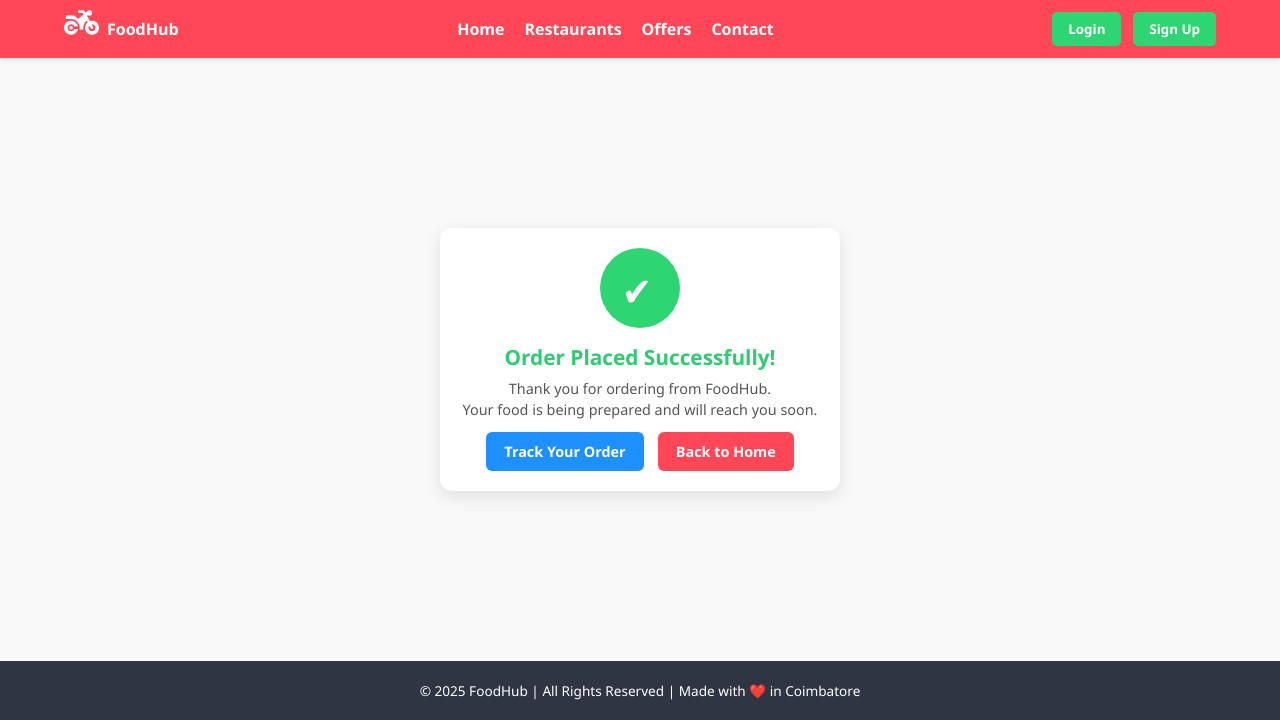
Repository: srinithiashoka/FoodDeliveryApp
Page: http://localhost/FoodDeliveryApp/success.jsp
An editor plug-in stored every save of this project. The page is shown before and after the next save, followed by the edit.
The browser window is 1280 px wide. The pictures show the whole page.
The page is served by Tomcat 10. Other server files are loaded and not shown.

Above is the page before, as saved 2025-12-03 14:28:26.

### FoodDeliveryApp/src/main/webapp/success.jsp
<%@ page language="java" contentType="text/html; charset=UTF-8" pageEncoding="UTF-8"%>
<%@ page import="com.foodapp.model.User" %>
<%
    User user = (User) session.getAttribute("user");
%>
<!DOCTYPE html>
<html lang="en">
<head>
<meta charset="UTF-8">
<meta name="viewport" content="width=device-width, initial-scale=1.0">
<title>Order Success - FoodHub</title>
<link rel="stylesheet" href="https://cdnjs.cloudflare.com/ajax/libs/font-awesome/6.5.0/css/all.min.css">
<link rel="stylesheet" href="css/home.css">
<style>
/* GENERAL PAGE */
body {
    display: flex;
    flex-direction: column;
    min-height: 100vh;
    background: #f9f9f9;
    color: #333;
}

/* SUCCESS CARD */
.success-section {
    flex: 1;
    display: flex;
    justify-content: center;
    align-items: center;
    padding: 50px 20px;
}
.success-box {
    text-align: center;
    background: #fff;
    padding: 20px 15px;
    border-radius: 12px;
    box-shadow: 0 6px 18px rgba(0,0,0,0.1);
    max-width: 400px;
    width: 100%;
}
.success-animation {
    width: 80px;
    height: 80px;
    margin: 0 auto 15px;
    position: relative;
}
.circle {
    width: 80px;
    height: 80px;
    background: #2ed573;
    border-radius: 50%;
    animation: pop 0.5s ease-out;
}
.checkmark {
    position: absolute;
    top: 15px;
    left: 22px;
    font-size: 40px;
    color: white;
    opacity: 0;
    animation: check 0.6s ease-out 0.2s forwards;
}
@keyframes pop {0%{transform:scale(0.2);opacity:0;}100%{transform:scale(1);opacity:1;}}
@keyframes check {0%{transform:scale(0.2);opacity:0;}100%{transform:scale(1);opacity:1;}}
.success-box h1 {margin-top: 12px; color:#2ecc71; font-size:1.3rem;}
.success-text {margin-top: 8px; color:#555; font-size:0.9rem; line-height:1.4;}
.track-btn, .home-btn {
    display: inline-block;
    margin-top: 12px;
    padding: 10px 18px;
    color: white;
    font-weight: bold;
    border-radius: 6px;
    text-decoration: none;
    font-size: 0.9rem;
    transition: 0.3s;
}
.track-btn {background: #1e90ff;} /* Blue for track */
.track-btn:hover {background:#187bcd; transform: scale(1.05);}
.home-btn {background: #ff4757; margin-left: 10px;} /* Red for home */
.home-btn:hover {background:#e03c4c; transform: scale(1.05);}

/* FOOTER */
footer {
    background:#2f3542;
    color:white;
    text-align:center;
    padding:20px 0;
    font-size:0.85rem;
    margin-top:auto;
}
</style>
</head>
<body>

<!-- HEADER -->
<header>
    <div class="container">
        <div class="navbar">
            <div class="logo">
                <i class="fa-solid fa-motorcycle scooter-icon"></i>
                <span>FoodHub</span>
            </div>
            <ul class="nav-menu">
                <li><a href="home.jsp">Home</a></li>
                <li><a href="#">Restaurants</a></li>
                <li><a href="#">Offers</a></li>
                <li><a href="#">Contact</a></li>
            </ul>
            <div class="nav-actions">
                <% if (user == null) { %>
                    <button class="btn btn-login" onclick="location.href='login.jsp'">Login</button>
                    <button class="btn btn-signup" onclick="location.href='signup.jsp'">Sign Up</button>
                <% } else { %>
                    <span>Welcome, <%= user.getUsername() %></span>
                <% } %>
            </div>
        </div>
    </div>
</header>

<!-- SUCCESS CONTENT -->
<section class="success-section">
    <div class="success-box">
        <div class="success-animation">
            <div class="circle"></div>
            <div class="checkmark">&#10004;</div>
        </div>
        <h1>Order Placed Successfully!</h1>
        <p class="success-text">
            Thank you for ordering from FoodHub.<br>
            Your food is being prepared and will reach you soon.
        </p>
        <a href="trackorder.jsp" class="track-btn">Track Your Order</a>
        <a href="home.jsp" class="home-btn">Back to Home</a>
    </div>
</section>

<!-- FOOTER -->
<footer>
    <div class="container">
        <p>© 2025 FoodHub | All Rights Reserved | Made with ❤️ in Coimbatore</p>
    </div>
</footer>

</body>
</html>

### FoodDeliveryApp/src/main/webapp/css/home.css
/* RESET & GENERAL */
* {margin:0;padding:0;box-sizing:border-box;font-family:"Segoe UI",Tahoma,Geneva,Verdana,sans-serif;}
a {text-decoration:none;color:inherit;}
body {background:#f9f9f9;color:#333;}
.container {width:90%;max-width:1200px;margin:auto;}

/* HEADER */
header {background:#ff4757;padding:12px 0;color:white;position:sticky;top:0;z-index:100;box-shadow:0 2px 5px rgba(0,0,0,0.1);}
.navbar {display:flex;justify-content:space-between;align-items:center;}
.logo {display:flex;align-items:center;gap:8px;font-weight:700;transition: transform 0.5s ease,color 0.5s ease;}
.logo:hover {transform:rotate(-5deg) scale(1.05);color:#ffeaa7;}
.scooter-icon {font-size:28px;animation:bounce 2s infinite;color:white;}
@keyframes bounce {0%,100%{transform:translateY(0);}50%{transform:translateY(-6px);}}
.nav-menu {display:flex;list-style:none;gap:20px;}
.nav-menu li a {font-weight:bold;color:white;transition:color 0.3s;}
.nav-menu li a:hover {color:#ffeaa7;}
.nav-actions {display:flex;align-items:center;gap:12px;}
.btn {padding:8px 16px;border:none;border-radius:5px;cursor:pointer;font-weight:bold;transition: background 0.3s, transform 0.2s;}
.btn-login, .btn-signup {background:#2ed573;color:white;}
.btn-login:hover, .btn-signup:hover {background:#26c35e;transform:scale(1.05);}
.cart-icon-wrapper {position:relative;}
.cart-badge {position:absolute;top:-5px;right:-7px;background:#ff4757;color:white;font-size:12px;padding:2px 6px;border-radius:50%;}

/* HERO */
.hero {background:#ff4b4b;color:white;text-align:center;padding:100px 20px 50px 20px;border-radius:0;}
.hero h1 {font-size:2.6rem;margin-bottom:20px;text-shadow:1px 1px 6px rgba(0,0,0,0.3);animation:heroFade 1s ease-out forwards;}
.hero p {font-size:1.2rem;margin-bottom:25px;text-shadow:1px 1px 5px rgba(0,0,0,0.3);}
@keyframes heroFade {0%{opacity:0;transform:translateY(-20px);}100%{opacity:1;transform:translateY(0);}}

/* SEARCH CARD */
.search-card {background:white;padding:15px;display:flex;justify-content:center;align-items:center;gap:10px;max-width:750px;margin:20px auto;box-shadow:0 6px 15px rgba(0,0,0,0.1);border-radius:12px;animation:searchCardFade 0.8s ease-out;}
@keyframes searchCardFade {0%{opacity:0;transform:translateY(20px);}100%{opacity:1;transform:translateY(0);}}
.search-input {padding:12px;border:1px solid #ddd;background:#fff;font-size:14px;width:200px;height:50px;border-radius:8px;outline:none;transition:0.3s;}
.search-input:hover {border-color:#ff4757;box-shadow:0 2px 6px rgba(255,71,87,0.3);}
.search-btn {padding:12px 20px;background:#ff4757;color:white;border:none;font-weight:bold;cursor:pointer;height:50px;border-radius:8px;transition:0.3s;}
.search-btn:hover {background:#e03c4c;transform:scale(1.03);}

/* CATEGORIES */
.categories {padding:40px 0;}
.categories h2 {text-align:center;margin-bottom:30px;font-size:2rem;color:#ff4757;}
.category-grid {display:flex;flex-wrap:wrap;justify-content:center;gap:20px;}
.category-card {background:white;border-radius:10px;width:140px;height:150px;display:flex;flex-direction:column;align-items:center;justify-content:flex-start;box-shadow:0 4px 12px rgba(0,0,0,0.1);cursor:pointer;transition:transform 0.3s, box-shadow 0.3s;}
.category-card:hover {transform:translateY(-6px);box-shadow:0 8px 18px rgba(0,0,0,0.15);}
.category-card img {width:100%;height:100px;object-fit:cover;border-radius:10px 10px 0 0;}
.category-card p {margin:6px 0;font-weight:600;font-size:0.95rem;}

/* RESTAURANTS */
.restaurants {padding:30px 0;}
.restaurants h2 {text-align:center;margin:15px 0 25px 0;font-size:2.2rem;font-weight:700;color:#ff4757;opacity:0;animation:fadeInTitle 1s forwards;}
@keyframes fadeInTitle {from{opacity:0;transform:translateY(15px);}to{opacity:1;transform:translateY(0);}}
.restaurant-grid {display:flex;flex-wrap:wrap;justify-content:center;gap:20px;}
.restaurant-card {background:white;width:240px;border-radius:10px;overflow:hidden;box-shadow:0 4px 15px rgba(0,0,0,0.1);transition:transform 0.3s, box-shadow 0.3s;cursor:pointer;}
.restaurant-card:hover {transform:translateY(-6px);box-shadow:0 10px 22px rgba(0,0,0,0.15);}
.restaurant-card img {width:100%;height:150px;object-fit:cover;}
.restaurant-info {padding:15px;}
.restaurant-info h3 {margin:0 0 6px 0;font-size:1.15rem;}
.restaurant-meta {display:flex;justify-content:space-between;font-size:0.85rem;color:#555;margin-bottom:6px;}
.restaurant-info p {margin:2px 0;font-size:0.9rem;}

/* FOOTER */
footer {background:#2f3542;color:white;text-align:center;padding:20px 0;margin-top:40px;font-size:0.85rem;}

/* RESPONSIVE */
@media(max-width:768px){.nav-menu{display:none;}.search-card{flex-direction:column;}.search-input{width:90%;}.search-btn{width:90%;}.category-card,.restaurant-card{width:48%;}}
@media(max-width:480px){.category-card,.restaurant-card{width:90%;}.hero h1{font-size:1.8rem;}.hero p{font-size:0.95rem;}}

After the next save:
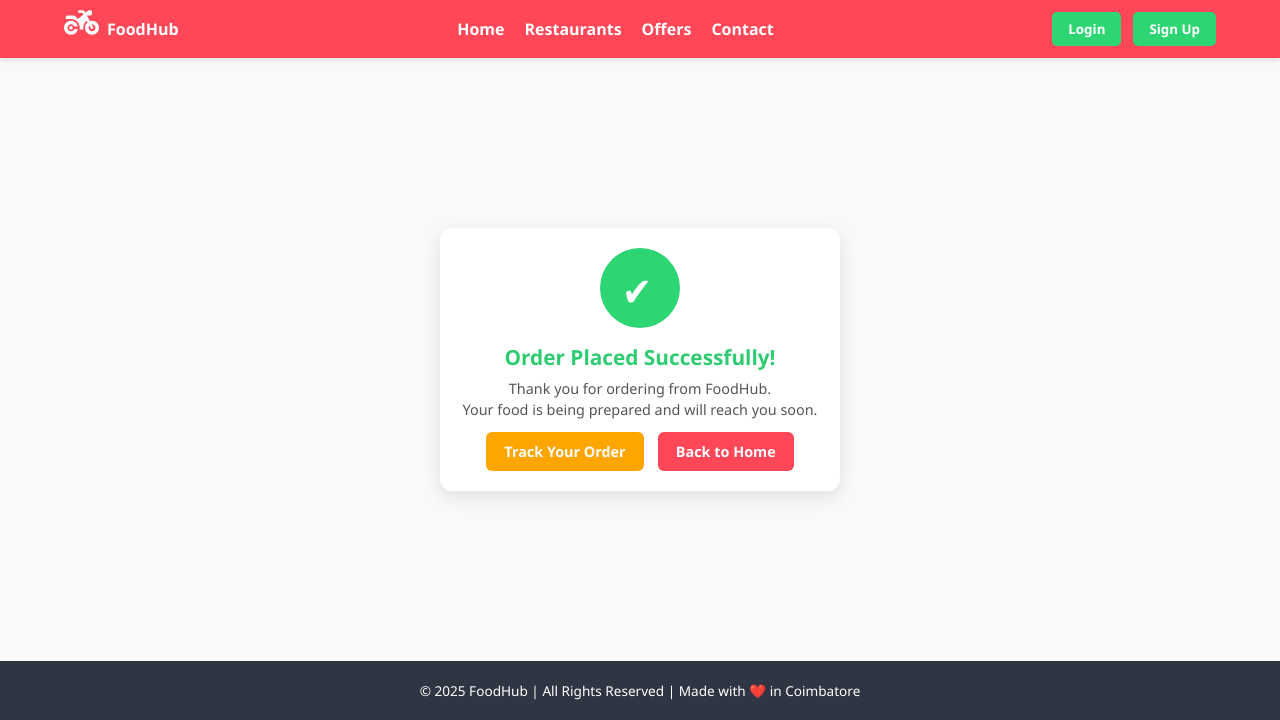
Saved 2 min 2 s later.
--- a/FoodDeliveryApp/src/main/webapp/success.jsp
+++ b/FoodDeliveryApp/src/main/webapp/success.jsp
@@ -2,6 +2,11 @@
 <%@ page import="com.foodapp.model.User" %>
 <%
     User user = (User) session.getAttribute("user");
+    // Get orderId dynamically from request parameter or session
+    Integer orderId = (Integer) session.getAttribute("lastOrderId");
+    if (orderId == null) {
+        orderId = 0; // fallback if not available
+    }
 %>
 <!DOCTYPE html>
 <html lang="en">
@@ -75,9 +80,9 @@ body {
     font-size: 0.9rem;
     transition: 0.3s;
 }
-.track-btn {background: #1e90ff;} /* Blue for track */
-.track-btn:hover {background:#187bcd; transform: scale(1.05);}
-.home-btn {background: #ff4757; margin-left: 10px;} /* Red for home */
+.track-btn {background: #ffa500; /* Orange for track */ margin-right:10px;}
+.track-btn:hover {background:#e59400; transform: scale(1.05);}
+.home-btn {background: #ff4757;} /* Red for home */
 .home-btn:hover {background:#e03c4c; transform: scale(1.05);}
 
 /* FOOTER */
@@ -131,7 +136,7 @@ footer {
             Thank you for ordering from FoodHub.<br>
             Your food is being prepared and will reach you soon.
         </p>
-        <a href="trackorder.jsp" class="track-btn">Track Your Order</a>
+        <a href="trackorder.jsp?orderId=<%= orderId %>" class="track-btn">Track Your Order</a>
         <a href="home.jsp" class="home-btn">Back to Home</a>
     </div>
 </section>
